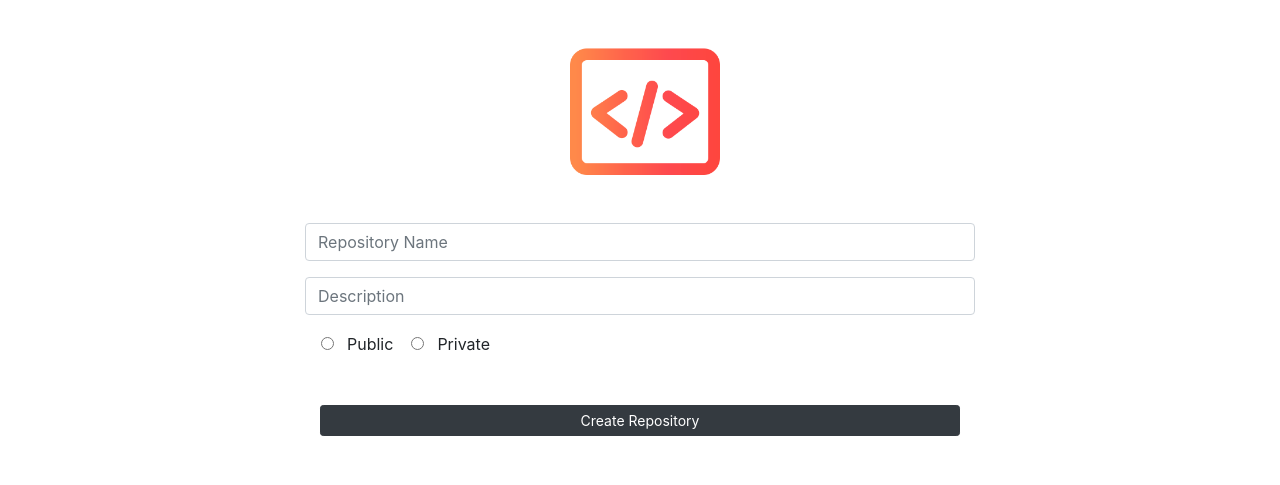
Repository: rashmikagamage/OAuth-Implementation
Page: /auth/github/callback (app in frontend/)
These files come from the project's save history. The page is drawn as it stood at one moment and after the next save; the edit follows.
The browser window is 1280 px wide. The pictures show the whole page.
Some web libraries are served in a nearby version. The project was rebuilt for these pictures with package versions that can differ from the ones it lists, and the page was loaded fresh each time. Also part of the build but not shown: frontend/src/css/twitter.css, frontend/src/components/login.js, frontend/src/components/twitter-home.js, frontend/src/components/login-git.js, frontend/src/App.css.

Above is the page before, as saved 2021-09-08 17:51:50.

After the next save:
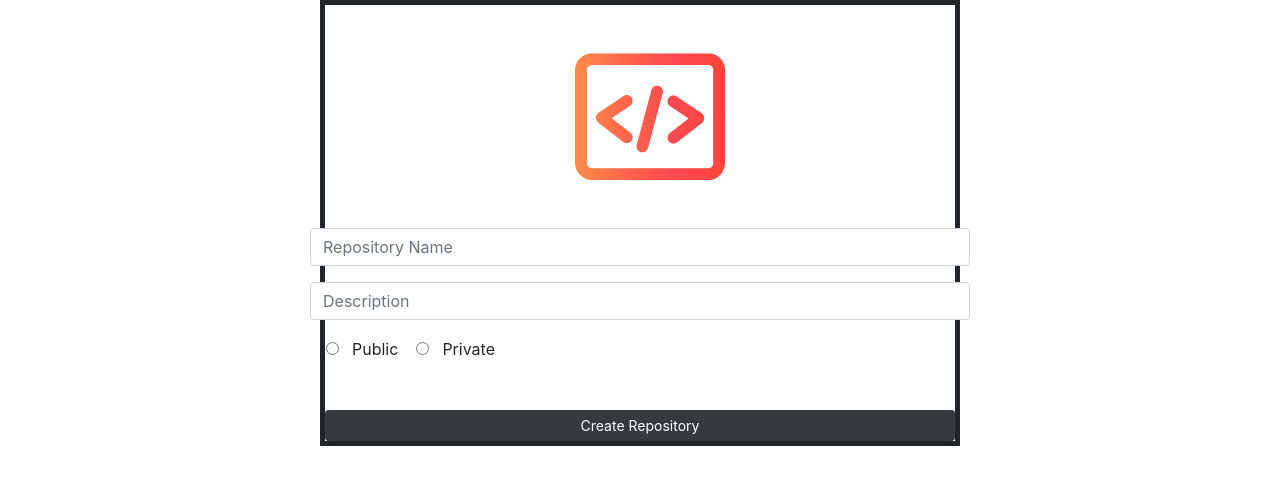
Saved 34 s later.
--- a/frontend/src/css/git.css
+++ b/frontend/src/css/git.css
@@ -1,7 +1,8 @@
 .main{
   margin: auto;
   width: 50%;
-  border: 5px;
+  border-style: solid;
+  border-width: 5px;
 }
 
 .img{
